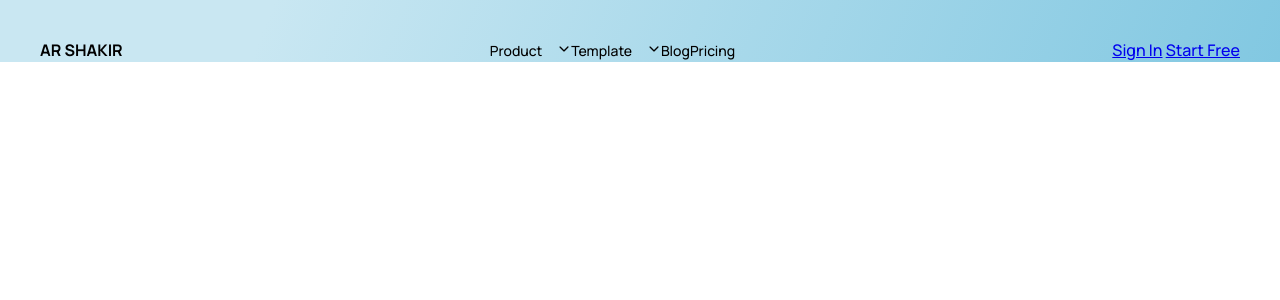
Repository: duongdori/ARShakir
Page: index.html
These files come from the project's save history. The page is drawn as it stood at one moment and after the next save; the edit follows.
The browser window is 1280 px wide. The pictures show the whole page.

Above is the page before, as saved 2022-04-01 22:27:09.

### index.html
<!DOCTYPE html>
<html lang="en">
<head>
    <meta charset="UTF-8">
    <meta http-equiv="X-UA-Compatible" content="IE=edge">
    <meta name="viewport" content="width=device-width, initial-scale=1.0">
    <title>Document</title>
    <link rel="preconnect" href="https://fonts.googleapis.com">
    <link rel="preconnect" href="https://fonts.gstatic.com" crossorigin>
    <link href="https://fonts.googleapis.com/css2?family=Manrope:wght@400;500;600;700;800&display=swap" rel="stylesheet">

    <link rel="stylesheet" href="./assets/css/main.css">
</head>
<body>
    <div class="wrapper">
        <header class="header">
            <div class="header-top">
                <div class="container">
                    <div class="header-logo">AR Shakir</div>
                    <ul class="header-menu">
                        <li class="header-menu-item">
                            <a href="#" class="header-menu-item-link">Product</a>
                            <ion-icon class="header-menu-item-icon" name="ios-arrow-down"></ion-icon>
                        </li>
                        <li class="header-menu-item">
                            <a href="#" class="header-menu-item-link">Template</a>
                            <ion-icon class="header-menu-item-icon" name="ios-arrow-down"></ion-icon>
                        </li>
                        <li class="header-menu-item">
                            <a href="#" class="header-menu-item-link">Blog</a>
                        </li>
                        <li class="header-menu-item">
                            <a href="#" class="header-menu-item-link">Pricing</a>
                        </li>
                    </ul>
                    <div class="header-login">
                        <a href="#" class="header-login-signin">Sign In</a>
                        <a href="#" class="header-login-startfree">Start Free</a>
                    </div>
                </div>
            </div>
        </header>
    </div>
</body>
<script  src = "https://unpkg.com/ionicons@4.5.10-0/dist/ionicons.js" > </script >
</html>

### assets/css/main.css
*, *::before, *::after {
  box-sizing: border-box;
}
* {
  margin: 0;
}

html, body {
  height: 100%;
}
body {
  line-height: 1.5;
  -webkit-font-smoothing: antialiased;
  -webkit-tap-highlight-color: rgba(0,0,0,0);
}

img, picture, video, canvas, svg {
  display: block;
  max-width: 100%;
}
input, button, textarea, select {
  font: inherit;
  outline: none;
  border: none;
}
p, h1, h2, h3, h4, h5, h6 {
  overflow-wrap: break-word;
}

:root {
    --primary-font: "Manrope";
    --primary-text-color: #000;
}
body {
    font-family: var(--primary-font);
    font-weight: 500;
}

.wrapper {
    max-width: 1440px;
    margin: 0 auto;
}

.container {
    max-width: 1200px;
    margin: 0 auto;
}

.header{
    background: linear-gradient(292.12deg, #62BADA -35.02%, #C9E7F2 78.96%);
}

.header-top{
    padding-top: 38px;
}

.header-top .container {
    display:flex;
    justify-content: space-between;
    align-items: center;
}

.header-logo{
    font-weight: 700;
    font-style: 20px;
    line-height: calc(25 / 20);
    text-transform: uppercase;
    color: var(--primary-text-color);
}

.header-menu{
    display:flex;
    align-items: center;
    margin-right: 50px;
    list-style: none;
    font-weight: 500;
    font-size: 14px;
    line-height: calc(19 / 14);
}

.header-menu-item{


}

.header-menu-item-link{
    color: var(--primary-text-color);
    text-decoration: none;

}

.header-menu-item-icon {
    margin-left: 12px;
}

.header-login{

}

.header-login-signin{

}

.header-login-startfree{

}

After the next save:
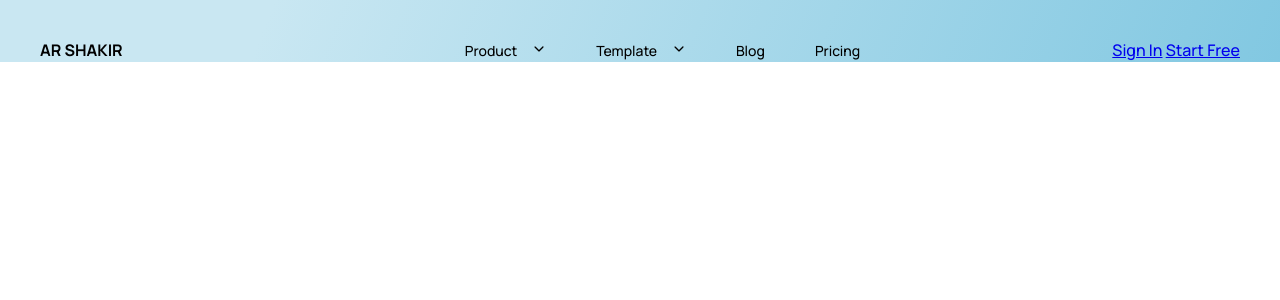
Saved 15 s later.
--- a/assets/css/main.css
+++ b/assets/css/main.css
@@ -71,7 +71,6 @@ body {
 .header-menu{
     display:flex;
     align-items: center;
-    margin-right: 50px;
     list-style: none;
     font-weight: 500;
     font-size: 14px;
@@ -79,7 +78,7 @@ body {
 }
 
 .header-menu-item{
-
+    margin-left: 50px;
 
 }
 
